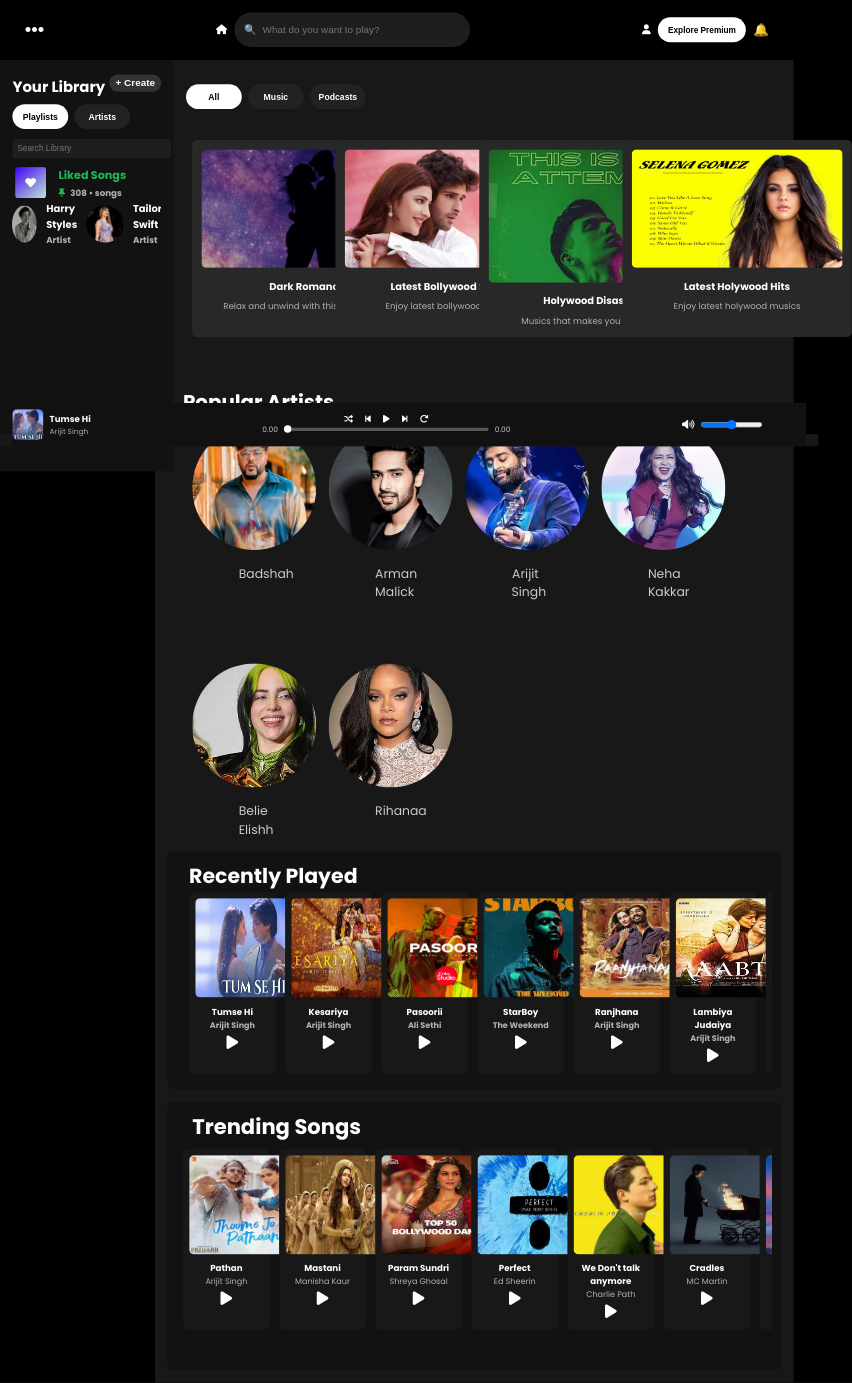
Repository: IshikaSinghRajput/Spotify_Clone
Page: index.html
These files come from the project's save history. The page is drawn as it stood at one moment and after the next save; the edit follows.
The browser window is 1280 px wide. The page is 1374 px wide, so the pictures cover 1374 px, including what lies to the right of the window. The pictures show the whole page, at 62% of full size.

Above is the page before, as saved 2025-04-26 16:13:04.

### index.html
<!DOCTYPE html>
<html lang="en">
<head>
    <meta charset="UTF-8">
    <meta name="viewport" content="width=device-width, initial-scale=1.0">
    <title>SPOTIFY</title>
    <link rel="stylesheet" href="style.css">
    <link rel="stylesheet" href="https://cdnjs.cloudflare.com/ajax/libs/font-awesome/6.4.2/css/all.min.css">
    <style>
        @import url('https://fonts.googleapis.com/css2?family=Poppins:ital,wght@0,100;0,200;0,300;0,400;0,500;0,600;0,700;0,800;0,900;1,100;1,200;1,300;1,400;1,500;1,600;1,700;1,800;1,900&display=swap');
        </style>

</head>
<body>

    <aside class="sidebar">
        <div class="sidebar-toggle" id="sidebarToggle">
            TOGGLE
          </div>

        <div class="sidebar-library">

          <div class="library-header">
            <span>Your Library</span>
            <button class="create-btn">+ Create</button>
          </div>
          <div class="library-toggle">
            <button class="filter-btn active" data-filter="playlists">Playlists</button>
            <button class="filter-btn" data-filter="artists">Artists</button>
          </div>
          <input type="text" id="sidebarSearch" placeholder="Search Library" />

          <ul class="library-items" id="libraryItems">

            <div class="liked-songs-card">
                <div class="icon">
                  <img src="Sidebar/LikedSontgs.jpeg" alt="Heart">
                </div>
                <div class="text-content">
                  <h3>Liked Songs</h3>
                  <p><i class="fa-solid fa-thumbtack"></i>308 • songs</p>
                </div>
              </div>

              <div class="side_artist">
                <img src="Sidebar/Side1.jpeg" alt="Harry Styles" />
                <div class="info">
                  <h4>Harry Styles</h4>
                  <p>Artist</p>
                </div>

                <div class="side_artist">
                    <img src="Sidebar/Side2.jpg" alt="Harry Styles" />
                    <div class="info">
                      <h4>Tailor Swift</h4>
                      <p>Artist</p>
                    </div>

                 <div class="side_artist">
                    <img src="Sidebar/Side3.jpg" alt="Harry Styles" />
                    <div class="info">
                     <h4>Arijit Singh</h4>
                    <p>Artist</p>
                </div>
            </ul>

      </aside>



        <!--HEADER-->
   <header class="spotify-header">

        <div class=".left-controls">
            <button class="icon-button">•••</button>
        </div>

        <div class="center-controls">
            <i class="fa-solid fa-house"></i>


            <div class="search-bar">
                <span class="search-icon">🔍</span>
                <input type="text" placeholder="What do you want to play?">
            </div>
        </div>

        <div class="right-controls">
            <i class="fa-solid fa-user"></i>
            <button class="premium-btn">Explore Premium</button>
            <span class="icon-button bell">🔔</span>
        </div>
   </header>


    <main>

        <div class="filter-bar">
            <button class="filter-btn active">All</button>
            <button class="filter-btn">Music</button>
            <button class="filter-btn">Podcasts</button>
          </div>

        <section>
           <div class="main-container">

            <div class="playlist">
                <img src="Playlists/Playlist1.jpg" alt="Playlist Image">
                <h3>Dark Romance</h3>
                <p>Relax and unwind with this mellow mix.</p>

                <!--Play Button Overlay-->
                <div class="play-button">
                    <i class="fa fa-play"></i>
                </div>
            </div>

            <div class="playlist">
                <img src="Playlists/Playlist2.jpg" alt="playlist image">
                <h3>Latest Bollywood Songs</h3>
                <p>Enjoy latest bollywood musics</p>

                <div class="play-button">
                    <i class="fa fa-play"></i>
                </div>
            </div>

            <div class="playlist">
                <img src="Playlists/Playlist3.jpeg" alt="playlist image">
                <h3>Holywood Disasters</h3>
                <p>Musics that makes you float in air</p>

                <div class="play-button">
                    <i class="fa fa-play"></i>
                </div>
            </div>

            <div class="playlist">
                <img src="Playlists/Playlist4.jpg" alt="playlist image">
                <h3>Latest Holywood Hits</h3>
                <p>Enjoy latest holywood musics</p>

                <div class="play-button">
                    <i class="fa fa-play"></i>
                </div>
            </div>


            </div>
           </div>
        </section>

        <!--Popular Artists Section-->
        <section class="popular-artists">
            <h2>Popular Artists</h2>
            <div class="artist-container">
                <div class="artist">
                    <img src="Artists/Badhsah.jpg">
                    <p>Badshah</p>
                </div>

                <div class="artist">
                    <img src="Artists/armanMalik.jpg">
                    <p>Arman Malick</p>
                </div>

                <div class="artist">
                    <img src="Artists/arijit-singh.webp">
                    <p>Arijit Singh</p>
                </div>

                <div class="artist">
                    <img src="Artists/Neha-Kakkar-2-1.webp">
                    <p>Neha Kakkar</p>
                </div>

                <div class="artist">
                    <img src="Artists/BellyElishhhh.jpeg">
                    <p>Belie Elishh</p>
                </div>

                <div class="artist">
                    <img src="Artists/Rihanaaaaa.jpeg">
                    <p>Rihanaa</p>
                </div>

            </div>
        </section>

        <!--Recently Played Sction-->
        <section class="recently-played">
            <h2>Recently Played</h2>
            <div class="recently-played-container">

                <div class="song" data-title="Tumse Hi"  data-artist="Arijit Singh"  data-src="Audio\TumseHi.mp3" data-image="RecentSection/Song1.jpg">
                    <img src="RecentSection/Song1.jpg" alt="Song 1">
                    <p class="song-title">Tumse Hi</p>
                    <p class="artists">Arijit Singh</p>
                    <div class="play-overlay"><i class="fa fa-play"></i></div>
                </div>

                <div class="song" data-title="Kesariya"  data-artist="Arijit Singh" data-src="Audio\Kesariya.mp3" data-image="RecentSection/Song2.jpg">
                    <img src="RecentSection/Song2.jpg" alt="Song 2">
                    <p class="song-title">Kesariya</p>
                    <p class="artists">Arijit Singh</p>
                    <div class="play-overlay"><i class="fa fa-play"></i></div>
                </div>

                <div class="song" data-title="Pasoori"  data-artist="Ali Sethi" data-src="Audio\Pasoori.mp3" data-image="RecentSection/Song3.jpg">
                    <img src="RecentSection/Song3.jpg" alt="Song 3">
                    <p class="song-title">Pasoorii</p>
                    <p class="artists">Ali Sethi</p>
                    <div class="play-overlay"><i class="fa fa-play"></i></div>
                </div>

                <div class="song" data-title="StarBoy"  data-artist="The Weekend" data-src="Audio\StarBoy.mp3" data-image="RecentSection/Song4.jpeg">
                    <img src="RecentSection/Song4.jpeg" alt="Song 2">
                    <p class="song-title">StarBoy</p>
                    <p class="artists">The Weekend</p>
                    <div class="play-overlay"><i class="fa fa-play"></i></div>
                </div>

                <div class="song" data-title="Ranjhana"  data-artist="Arijit Singh" data-src="Raanjhanaa Raanjhanaa-(Mr-Jat.in).mp3" data-image="RecentSection/Song5.jpeg" >
                    <img src="RecentSection/Song5.jpeg" alt="Song 3">
                    <p class="song-title">Ranjhana</p>
                    <p class="artists">Arijit Singh</p>
                    <div class="play-overlay"><i class="fa fa-play"></i></div>
                </div>

                <div class="song" data-title="Lambiya Judaiya"  data-artist="Arijit Singh" data-src="songs/Lambiya Judaiya.mp3" data-image="RecentSection/Song6.jpeg">
                    <img src="RecentSection/Song6.jpeg" alt="Song 3">
                    <p class="song-title">Lambiya Judaiya</p>
                    <p class="artists">Arijit Singh</p>
                    <div class="play-overlay"><i class="fa fa-play"></i></div>
                </div>

                <div class="song" data-title="Ramleela"  data-artist="Arijit Singh" data-src="Ramleela.mp3" data-image="RecentSection/Song7.webp">
                    <img src="RecentSection/Song7.webp" alt="Song 3">
                    <p class="song-title">Ramleela</p>
                    <p class="artists">Manisha Kaur</p>
                    <div class="play-overlay"><i class="fa fa-play"></i></div>
                </div>

            </div>
        </section>


        <!--Trending Song Sction-->
        <section class="trending-songs">
            <h2>Trending Songs</h2>
            <div class="trending-songs-container">

                <div class="song" data-title="Pathan"  data-artist="Arijit Singh"  data-src="Jhoome Jo Pathaan - SirfJatt.Com.mp3" data-image="TrendingSection/Trending1.jpeg" >
                    <img src="TrendingSection/Trending1.jpeg" alt="Song 1">
                    <p class="song-title">Pathan</p>
                    <p class="artists">Arijit Singh</p>
                    <div class="play-overlay"><i class="fa fa-play" ></i></div>
                </div>

                <div class="song" data-title="Mastani"  data-artist="Manisha Kaur" data-src="Audio\Mastani.mp3" data-image="TrendingSection/trending2.webp">
                    <img src="TrendingSection/trending2.webp" alt="Song 2">
                    <p class="song-title">Mastani</p>
                    <p class="artists">Manisha Kaur</p>
                    <div class="play-overlay"><i class="fa fa-play"></i></div>
                </div>

                <div class="song" data-title="Param Sundri"  data-artist="Shreya Ghosal" data-src="Audio\Param.mp3" data-image="TrendingSection/trending4.jpeg">
                    <img src="TrendingSection/trending4.jpeg" alt="Song 3">
                    <p class="song-title">Param Sundri</p>
                    <p class="artists">Shreya Ghosal</p>
                    <div class="play-overlay"><i class="fa fa-play"></i></div>
                </div>

                <div class="song" data-title="Perfect"  data-artist="Ed Sheerin" data-src="Audio\Perfect.mp3" data-image="TrendingSection/trending5.jpeg">
                    <img src="TrendingSection/trending5.jpeg" alt="Song 2">
                    <p class="song-title">Perfect</p>
                    <p class="artists">Ed Sheerin</p>
                    <div class="play-overlay"><i class="fa fa-play"></i></div>
                </div>

                <div class="song" data-title="We dont talk anymore"  data-artist="Charlie Path" data-src="We Dont Talk Anymore - PagalWorld.mp3" data-image="TrendingSection/trending6.jpeg" >
                    <img src="TrendingSection/trending6.jpeg" alt="Song 3">
                    <p class="song-title">We Don't talk anymore</p>
                    <p class="artists">Charlie Path</p>

                    <div class="play-overlay"><i class="fa fa-play"></i></div>
                </div>

                <div class="song" data-title="Cradles"  data-artist="MC Martin" data-src="Sub_Urban_-_Cradles_CeeNaija.com_.mp3" data-image="TrendingSection/trending7.jpeg" >
                    <img src="TrendingSection/trending7.jpeg" alt="Song 3">
                    <p class="song-title">Cradles</p>
                    <p class="artists">MC Martin</p>
                    <div class="play-overlay"><i class="fa fa-play"></i></div>
                </div>

                <div class="song" data-title="Playdate"  data-artist="Melenie" data-src="Audio\Playdate.mp3" data-image="TrendingSection/trending8.jpeg">
                    <img src="TrendingSection/trending8.jpeg" alt="Song 3">
                    <p class="song-title">Playdate</p>
                    <p class="artists">Malenie</p>
                    <div class="play-overlay"><i class="fa fa-play"></i></div>
                </div>

            </div>
        </section>

    </main>

    <!--FOOTER-->

    <footer>
        <audio id="audio-player" src="" preload="metadata"></audio>
        <div class="music-player">

            <div class="player-left">
                <img src="Song1.jpg" alt="Song Thumbnail">
                <div class="song-info">
                    <h4>Tumse Hi</h4>
                    <p>Arijit Singh</p>
                </div>
            </div>

            <!--Centre Controls-->
            <div class="player-center">
                <!-- <span></span> -->
               <div class="controls">
                <i id="shuffle-btn" class="fas fa-random"></i>
                <i class="fa fa-step-backward"></i>
                <i class="fa fa-play" id="play-pause-btn"></i>
               <i class="fa fa-step-forward"></i>
               <i class="fas fa-redo" id="repeat-btn" title="Repeat"></i>

               </div>

            <!--Progress Bar-->
               <div class="progress-container" id="progress-container">
                <span class="current-time" id="current-time">0.00</span>
                <input type="range" class="progress-bar" id="progress-bar" value="0" min="0" max="100">
                <span class="total-duration" id="total-duration">0.00</span>
               </div>
            </div>


            <!--Right Volume-->
            <div class="player-right">
                <i class="fa fa-volume-up"></i>
                <input type="range" min="0" max="100" value="50"  class="volume-slider">
            </div>

        </div>
    </footer>

    <audio id="audioPlayer"></audio>



    <script src="app.js"></script>
</body>
</html>

Loaded but not shown: app.js (144 lines, source omitted); style.css (788 lines, source omitted)

After the next save:
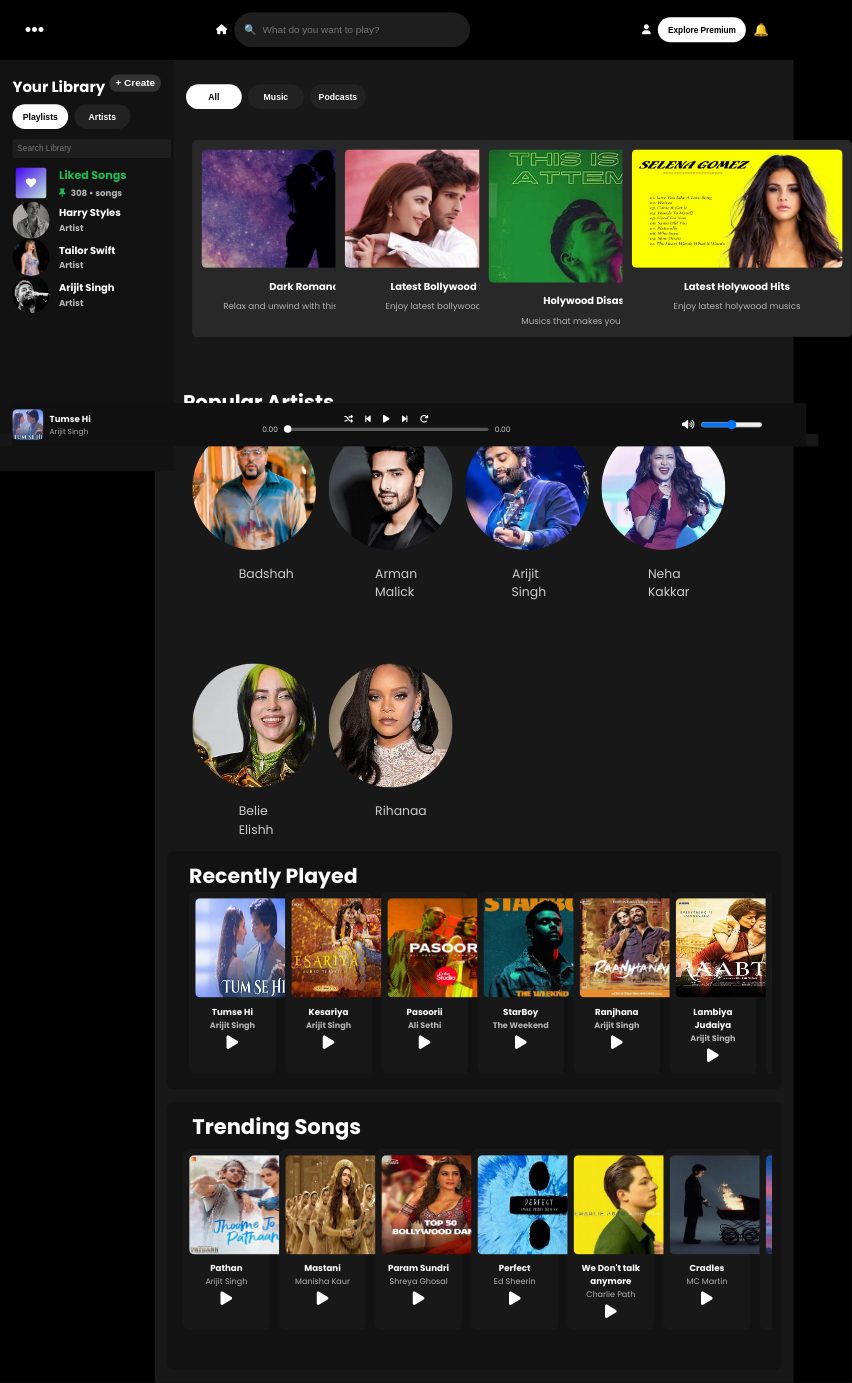
Saved 49 s later.
--- a/index.html
+++ b/index.html
@@ -32,7 +32,7 @@
 
           <ul class="library-items" id="libraryItems">
 
-            <div class="liked-songs-card">
+            <li class="liked-songs-card">
                 <div class="icon">
                   <img src="Sidebar/LikedSontgs.jpeg" alt="Heart">
                 </div>
@@ -40,28 +40,28 @@
                   <h3>Liked Songs</h3>
                   <p><i class="fa-solid fa-thumbtack"></i>308 • songs</p>
                 </div>
-              </div>
-
-              <div class="side_artist">
+            </li>
+
+              <li class="side_artist">
                 <img src="Sidebar/Side1.jpeg" alt="Harry Styles" />
                 <div class="info">
                   <h4>Harry Styles</h4>
                   <p>Artist</p>
-                </div>
-
-                <div class="side_artist">
+                </li>
+
+                <li class="side_artist">
                     <img src="Sidebar/Side2.jpg" alt="Harry Styles" />
                     <div class="info">
                       <h4>Tailor Swift</h4>
                       <p>Artist</p>
-                    </div>
-
-                 <div class="side_artist">
+                    </li>
+
+                 <li class="side_artist">
                     <img src="Sidebar/Side3.jpg" alt="Harry Styles" />
                     <div class="info">
                      <h4>Arijit Singh</h4>
                     <p>Artist</p>
-                </div>
+                    </li>
             </ul>
 
       </aside>
